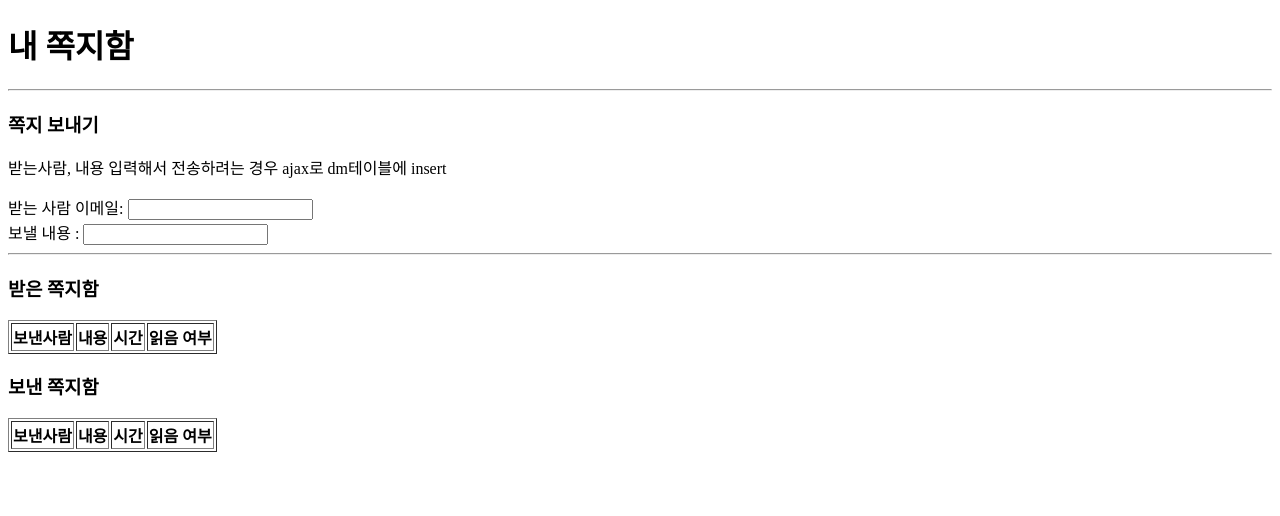
Repository: ParkHyeonju12/Spring
Page: http://localhost/05_Spring_Websocket/WEB-INF/views/dm/dmMain.jsp
An editor plug-in stored every save of this project. The page is shown before and after the next save, followed by the edit.
The browser window is 1280 px wide. The pictures show the whole page.
The page is served by Tomcat 9. Nobody is signed in. Other server files are loaded and not shown. The template is opened directly, without the code that normally fills it, so the values that code supplies are empty.

Above is the page before, as saved 2022-10-13 08:47:19.

### 05_Spring_Websocket/src/main/webapp/WEB-INF/views/dm/dmMain.jsp
<%@ page language="java" contentType="text/html; charset=UTF-8"
	pageEncoding="UTF-8"%>
<!DOCTYPE html>
<html>
<head>
<meta charset="UTF-8">
<title>Insert title here</title>
</head>
<body>
	<h1>내 쪽지함</h1>
	<hr>
	<h3>쪽지 보내기</h3>
	<p>받는사람, 내용 입력해서 전송하려는 경우 ajax로 dm테이블에 insert</p>
	<form action="/sendDm.do"></form>
	받는 사람 이메일: <input type="email" name="sender"><br>
	보낼 내용 : <input type="text" name="dmContent">
	<hr>
	<h3>받은 쪽지함</h3>
	<table border="1" class="receiveDmTbl">
		<tr>
			<th>보낸사람</th>
			<th>내용</th>
			<th>시간</th>
			<th>읽음 여부</th>
		</tr>
	</table>
	<h3>보낸 쪽지함</h3>
	<table border="1" class="sendDmTbl">
		<tr>
			<th>보낸사람</th>
			<th>내용</th>
			<th>시간</th>
			<th>읽음 여부</th>
		</tr>
	</table>
</body>
</html>

After the next save:
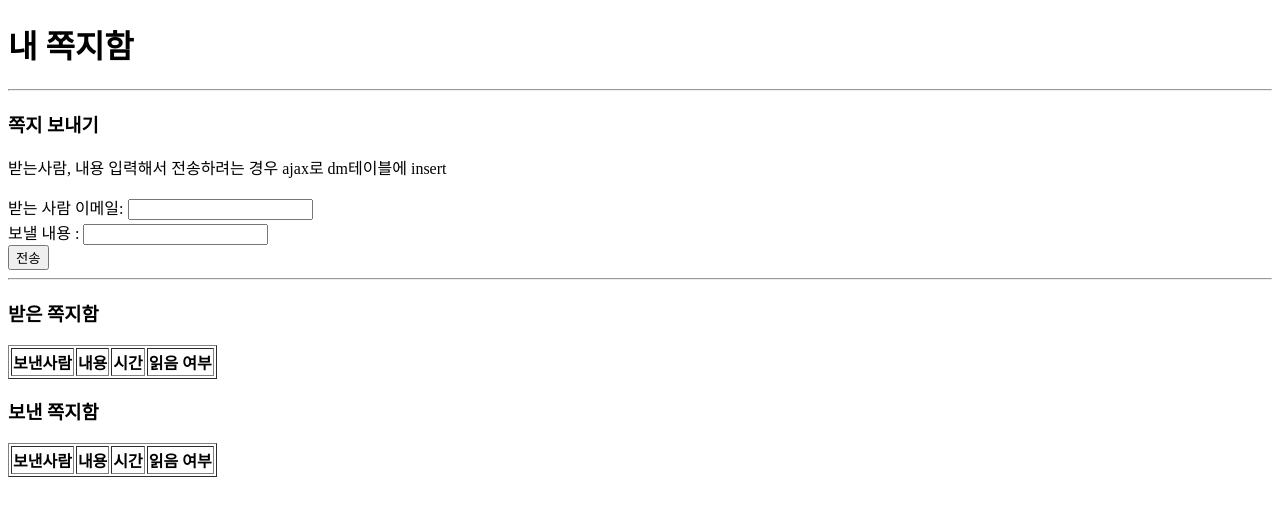
Saved 31 s later.
--- a/05_Spring_Websocket/src/main/webapp/WEB-INF/views/dm/dmMain.jsp
+++ b/05_Spring_Websocket/src/main/webapp/WEB-INF/views/dm/dmMain.jsp
@@ -11,9 +11,11 @@
 	<hr>
 	<h3>쪽지 보내기</h3>
 	<p>받는사람, 내용 입력해서 전송하려는 경우 ajax로 dm테이블에 insert</p>
-	<form action="/sendDm.do"></form>
+	<form action="/sendDm.do">
 	받는 사람 이메일: <input type="email" name="sender"><br>
-	보낼 내용 : <input type="text" name="dmContent">
+	보낼 내용 : <input type="text" name="dmContent"><br>
+	<input type="submit" value="전송">
+	</form>
 	<hr>
 	<h3>받은 쪽지함</h3>
 	<table border="1" class="receiveDmTbl">
